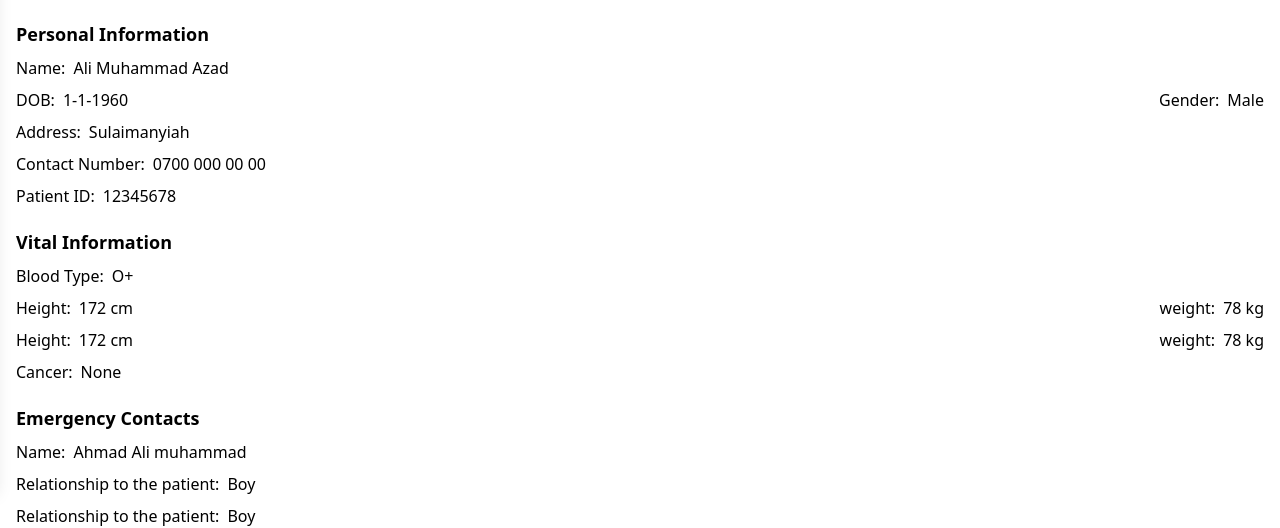
Repository: Sanaa00/HI-user
Page: /
The author's editor kept a copy of each file at every save. The page is drawn from the files as they stood at one save, then again after the next save.
The browser window is 1280 px wide. The pictures show the part of the page from y = 336 to 864 px (the page is 864 px tall).
The project was rebuilt for these pictures with package versions that can differ from the ones it lists, and the page was loaded fresh each time. Also part of the build but not shown: vite.config.js, src/App.css, src/Pages/Test.jsx.

Above is the page before, as saved 2024-01-10 21:53:02.

After the next save:
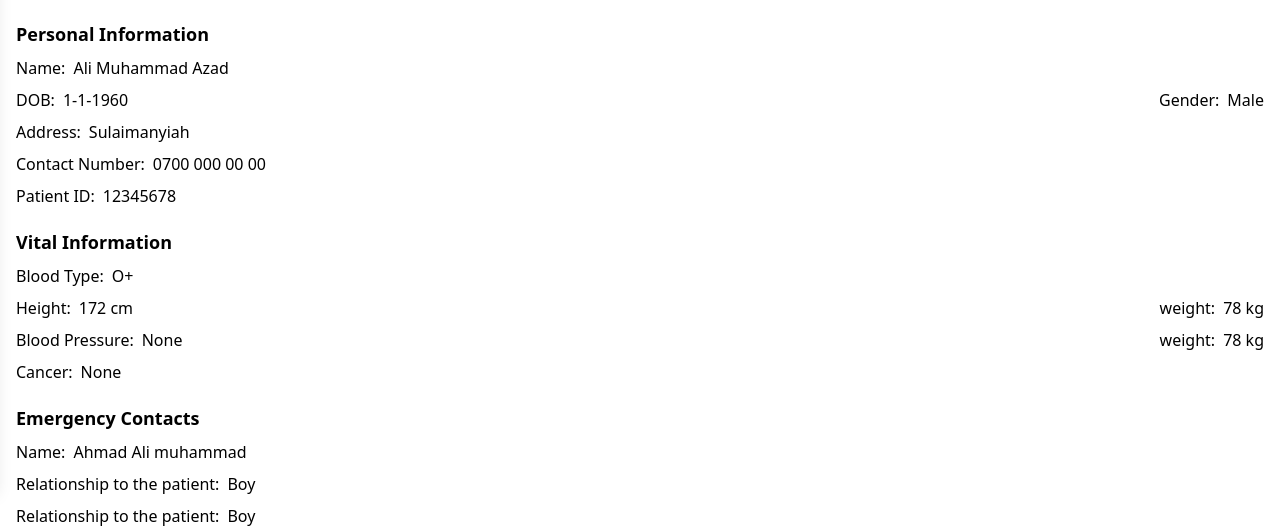
Saved 35 s later.
--- a/src/Pages/Home.jsx
+++ b/src/Pages/Home.jsx
@@ -70,8 +70,8 @@ function Home() {
       <div className="mt-2 flex justify-between items-center">
         <span>
           {' '}
-          <span>Height:</span>
-          <span className="ml-2">172 cm</span>
+          <span>Blood Pressure:</span>
+          <span className="ml-2">None</span>
         </span>{' '}
         <span>
           {' '}
